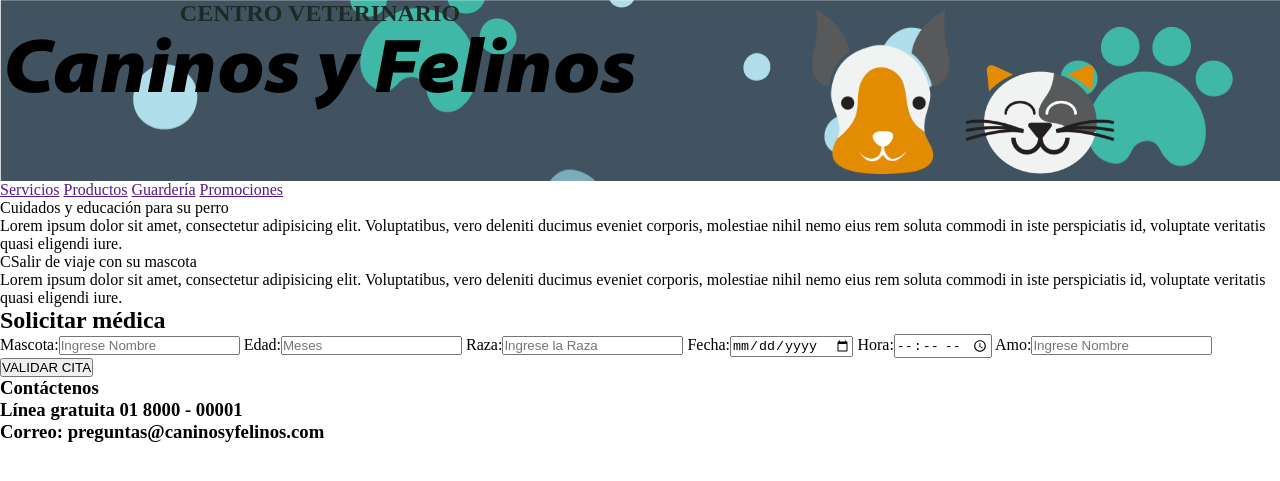
Repository: mariomr87/senaweb01
Page: principal.html
An editor plug-in stored every save of this project. The page is shown before and after the next save, followed by the edit.
The browser window is 1280 px wide. The pictures show the whole page.

Above is the page before, as saved 2021-09-26 20:38:48.

### principal.html
<!DOCTYPE html>
<html lang="en">
<head>
    <meta charset="UTF-8">
    <meta http-equiv="X-UA-Compatible" content="IE=edge">
    <meta name="viewport" content="width=device-width, initial-scale=1.0">
    <link rel="stylesheet" href="estilos.css">
    <title>Document</title>
</head>
<body>
    <div>
        <header>
            <div id="cabecera">
                <div class="header-text">
                    <h3>CENTRO VETERINARIO</h3>
                    <h1>Caninos y Felinos</h1>
                </div>
                <div class="header-img">
                    <img src="./imagenes/dog_white.png" alt="">
                    <img src="./imagenes/cat_white.png" alt="">
                </div>
            </div>
        </header>
        <nav>
            <td>
                <tr><a href="">Servicios</a></tr>
                <tr><a href="">Productos</a></tr>
                <tr><a href="">Guardería</a></tr>
                <tr><a href="">Promociones</a></tr>
            </td>
        </nav>
        <section>
            <article>
                <p>Cuidados y educación para su perro</p>
                <p>Lorem ipsum dolor sit amet, consectetur adipisicing elit. Voluptatibus, vero deleniti ducimus eveniet corporis, molestiae nihil nemo eius rem soluta commodi in iste perspiciatis id, voluptate veritatis quasi eligendi iure.</p>
            </article>
            <article>
                <p>CSalir de viaje con su mascota</p>
                <p>Lorem ipsum dolor sit amet, consectetur adipisicing elit. Voluptatibus, vero deleniti ducimus eveniet corporis, molestiae nihil nemo eius rem soluta commodi in iste perspiciatis id, voluptate veritatis quasi eligendi iure.</p>
            </article>
        </section>
        <aside>
            <form action="">
                <div><h2>Solicitar médica</h2></div>
                <div>
                    <label for="mascota_name">Mascota:</label><input type="text" placeholder="Ingrese Nombre" id="">
                    <label for="age_pet">Edad:</label><input type="number" name="" id="" placeholder="Meses">
                    <label for="raza_pet">Raza:</label><input type="text" name="" id="" placeholder="Ingrese la Raza">
                    <label for="fecha_ingreso_pet">Fecha:</label><input type="date" name="" id="">
                    <label for="hora_ingreso_pet">Hora:</label><input type="time" name="" id="">
                    <label for="amo_pet">Amo:</label><input type="text" name="" id="" placeholder="Ingrese Nombre">
                    <button type="submit">VALIDAR CITA</button>
                </div>
            </form>
        </aside>
        <footer>
            <h3>Contáctenos</h3>
            <h3>Línea gratuita 01 8000 - 00001</h3>
            <h3>Correo: preguntas@caninosyfelinos.com</h3>
        </footer>
    </div>
</body>
</html>

### estilos.css
*{
    margin: 0px;
    padding: 0px;
}

@font-face {
    font-family: Myriad_Pro ;
    src: url(./extra/MyriadProBlackSemiExtendedItalic.otf);
}

h1{
    font-family: Myriad_pro;
}
header div img{
    width: 10em;
}

header{

}

#cabecera{
    background-image: url("./imagenes/OPSEG70.jpg");
    background-repeat: initial;
    width: 100%;
    display: flex;
    text-align: center;


}

.header-text,.header-img{
    width:50%;
}

.header-text h3{
    font-size: 1.5em;
    color:#1c2c24;
}

.header-text h1{
    font-size: 4.8em;
    color: linear-gradient(red,blue);
}

After the next save:
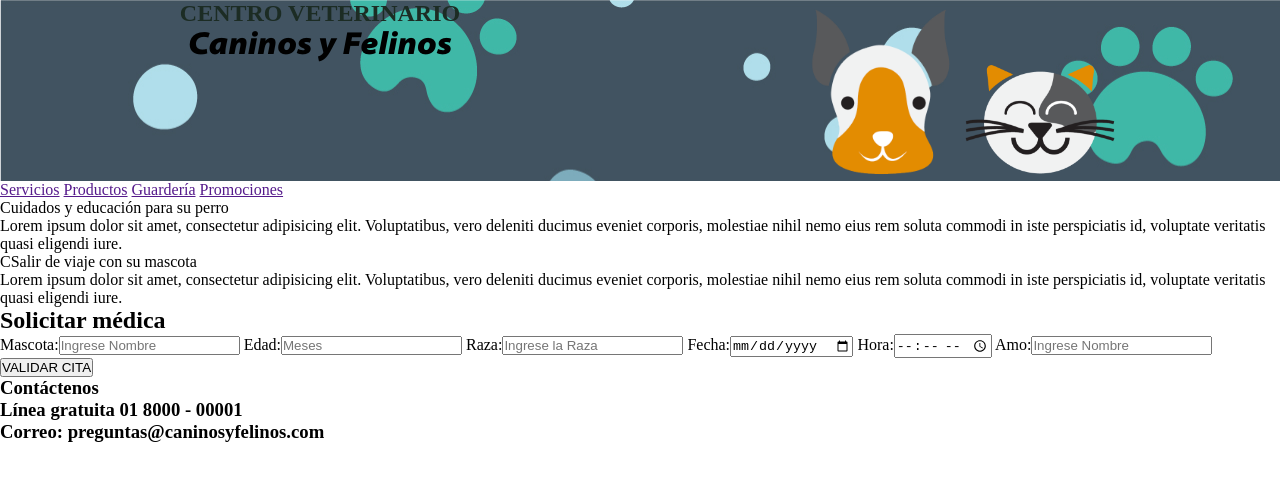
Saved 57 s later.
--- a/estilos.css
+++ b/estilos.css
@@ -38,7 +38,6 @@
     color:#1c2c24;
 }
 
-.header-text h1{
+.header-text span{
     font-size: 4.8em;
-    color: linear-gradient(red,blue);
 }

After the 5 saves that followed:
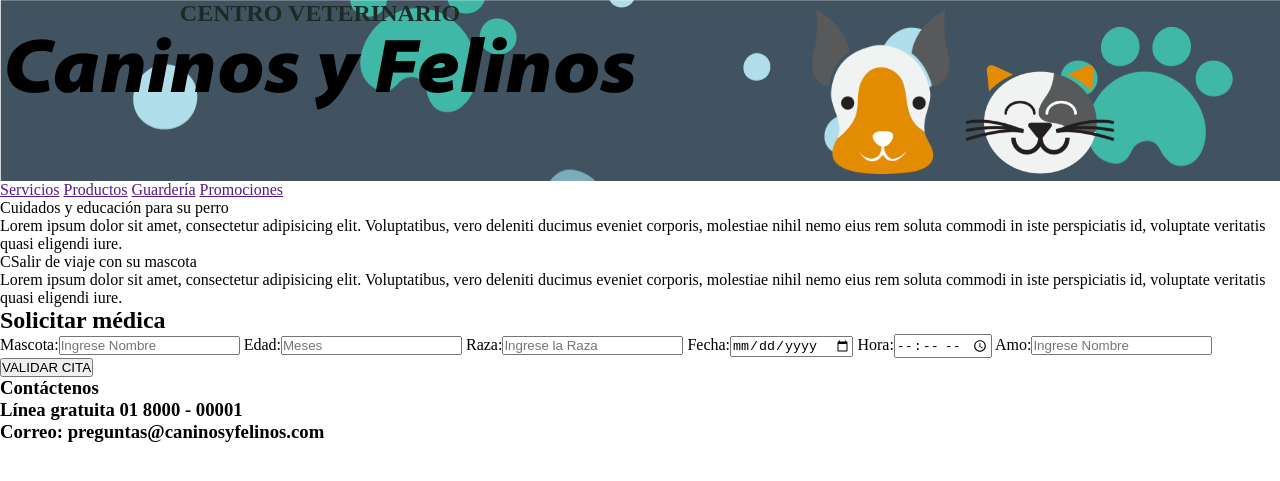
The 5 saves are shown as one change because 4 left the picture as it was.
The last was saved 50 s later.
--- a/estilos.css
+++ b/estilos.css
@@ -38,6 +38,6 @@
     color:#1c2c24;
 }
 
-.header-text span{
+.header-text h1{
     font-size: 4.8em;
 }
